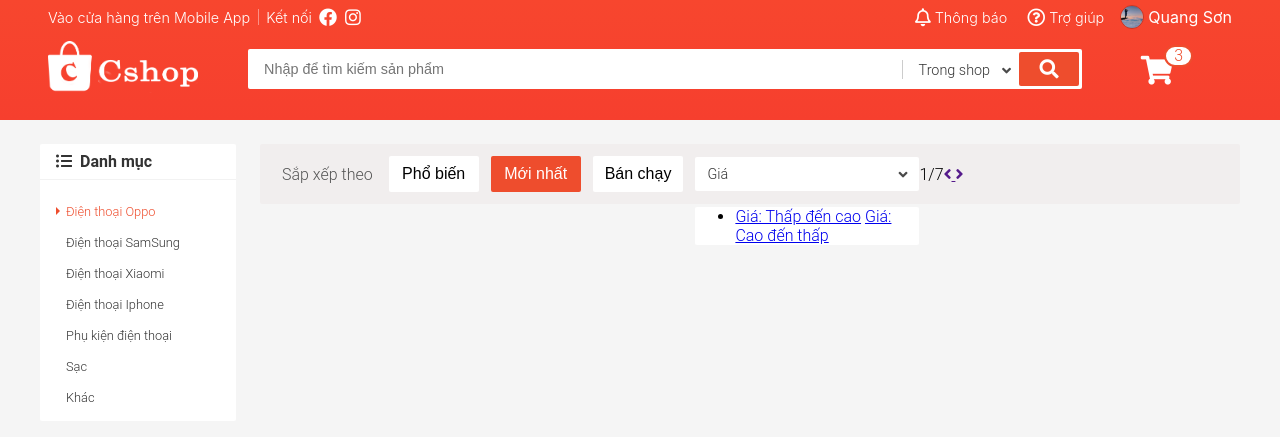
Repository: Qson412/BTL_Web
Page: index.html
The author's editor kept a copy of each file at every save. The page is drawn from the files as they stood at one save, then again after the next save.
The browser window is 1280 px wide. The pictures show the whole page.

Above is the page before, as saved 2021-12-01 09:06:52.

After the next save:
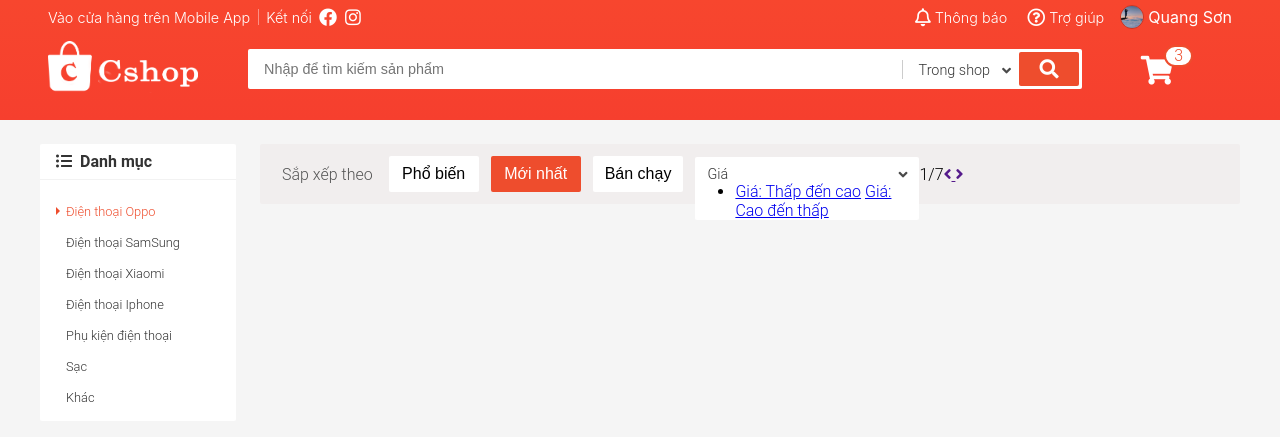
Saved 69 s later.
--- a/base.css
+++ b/base.css
@@ -161,7 +161,7 @@ body{
     position: absolute;
     left: 0;
     right: 0;
-    top: 100%;
+    top: 25%;
     border-radius: 2px;
     background-color: white;
 }
